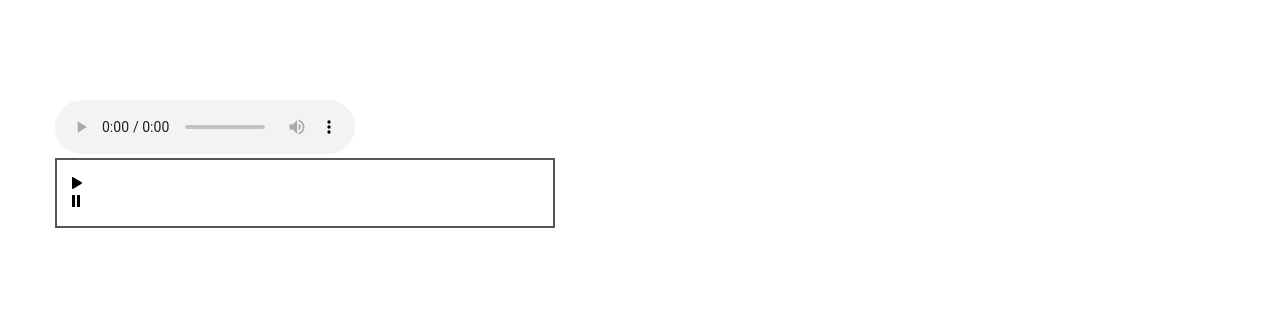
Repository: khanhbinh87/learnJs
Page: customSelect/customAudio/index.html
The author's editor kept a copy of each file at every save. The page is drawn from the files as they stood at one save, then again after a run of saves.
The browser window is 1280 px wide. The pictures show the whole page.

Above is the page before, as saved 2021-06-18 10:57:03.

After the next 7 saves:
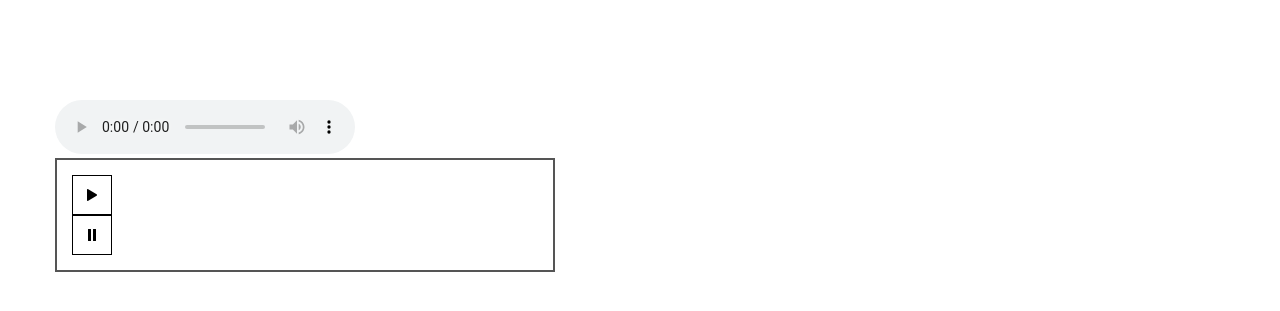
The 7 saves are shown as one change because they came seconds apart.
The last was saved 23 s later.
--- a/customSelect/customAudio/style.css
+++ b/customSelect/customAudio/style.css
@@ -10,5 +10,5 @@
     border: 2px solid #555;
 }
 .custom-audio .play , .custom-audio .pause{
-    w
+    width: 40px;height: 40px;text-align: center;line-height: 40px;border: 1px solid #000;
 }
